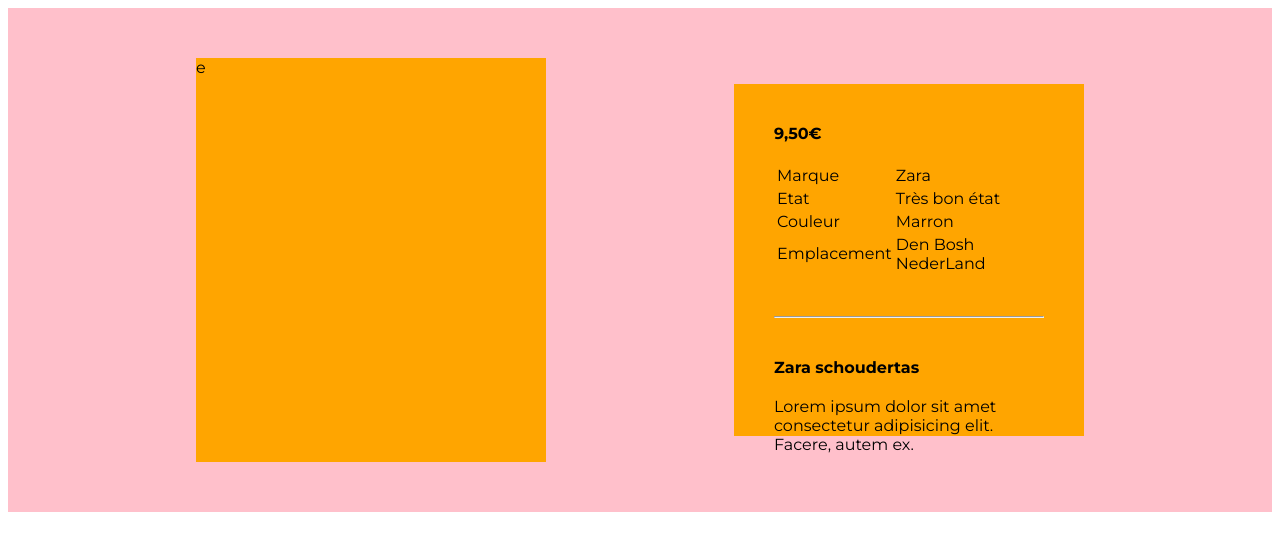
Repository: mel-in-a/vinted-front-clone
Page: html/offer.html
The author's editor kept a copy of each file at every save. The page is drawn from the files as they stood at one save, then again after a run of saves.
The browser window is 1280 px wide. The pictures show the whole page.

Above is the page before, as saved 2021-07-29 16:43:30.

After the next 3 saves:
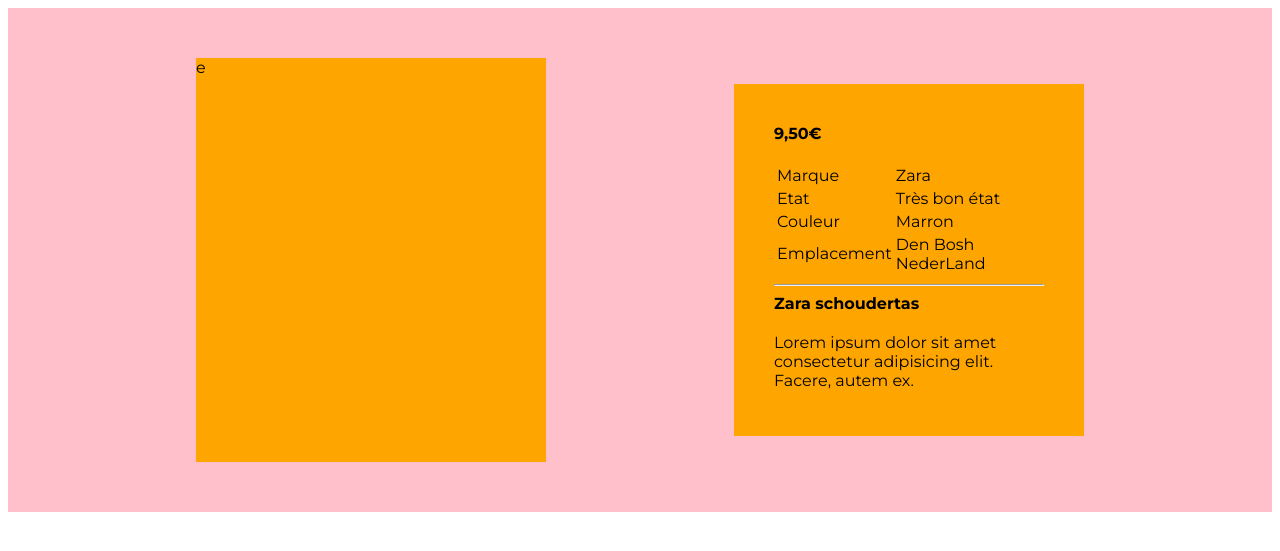
The 3 saves are shown as one change because they came seconds apart.
The last was saved 15 s later.
--- a/html/offer.css
+++ b/html/offer.css
@@ -36,6 +36,8 @@
 
 }
 
+.offer
+
 .offer hr {
   margin: 40px 0;
 }
